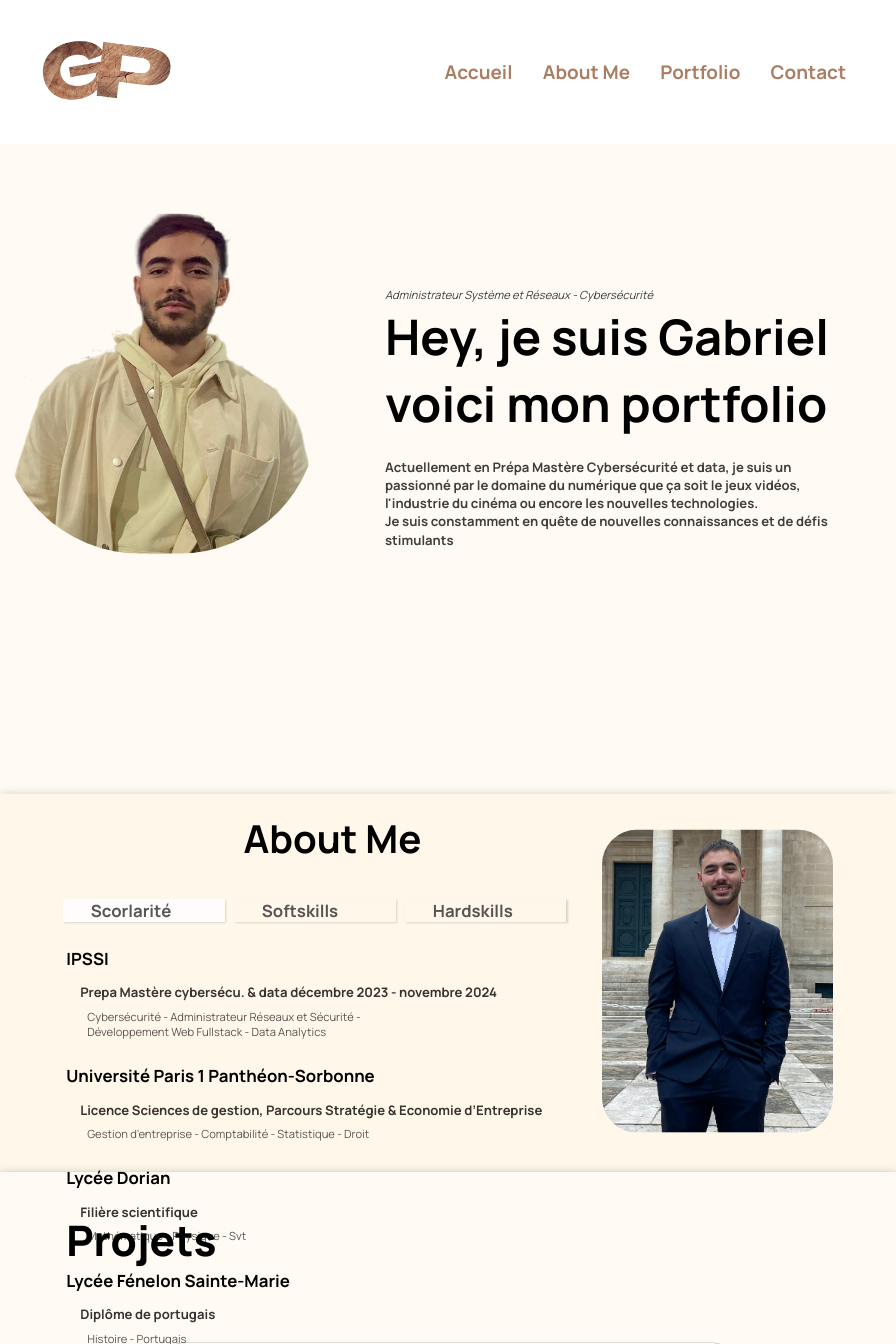
Repository: Gabtorinho25/Portfolio-Web-Site
Page: index.html
The author's editor kept a copy of each file at every save. The page is drawn from the files as they stood at one save, then again after the next save.
The browser window is 1280 px wide. The pictures show the part of the page from y = 0 to 1920 px (the page is 3726 px tall), at 70% of full size.
A picture or video elsewhere on the page could not be fetched, so the positions and the page height are approximate.

Above is the page before, as saved 2024-04-17 15:33:29.

After the next save:
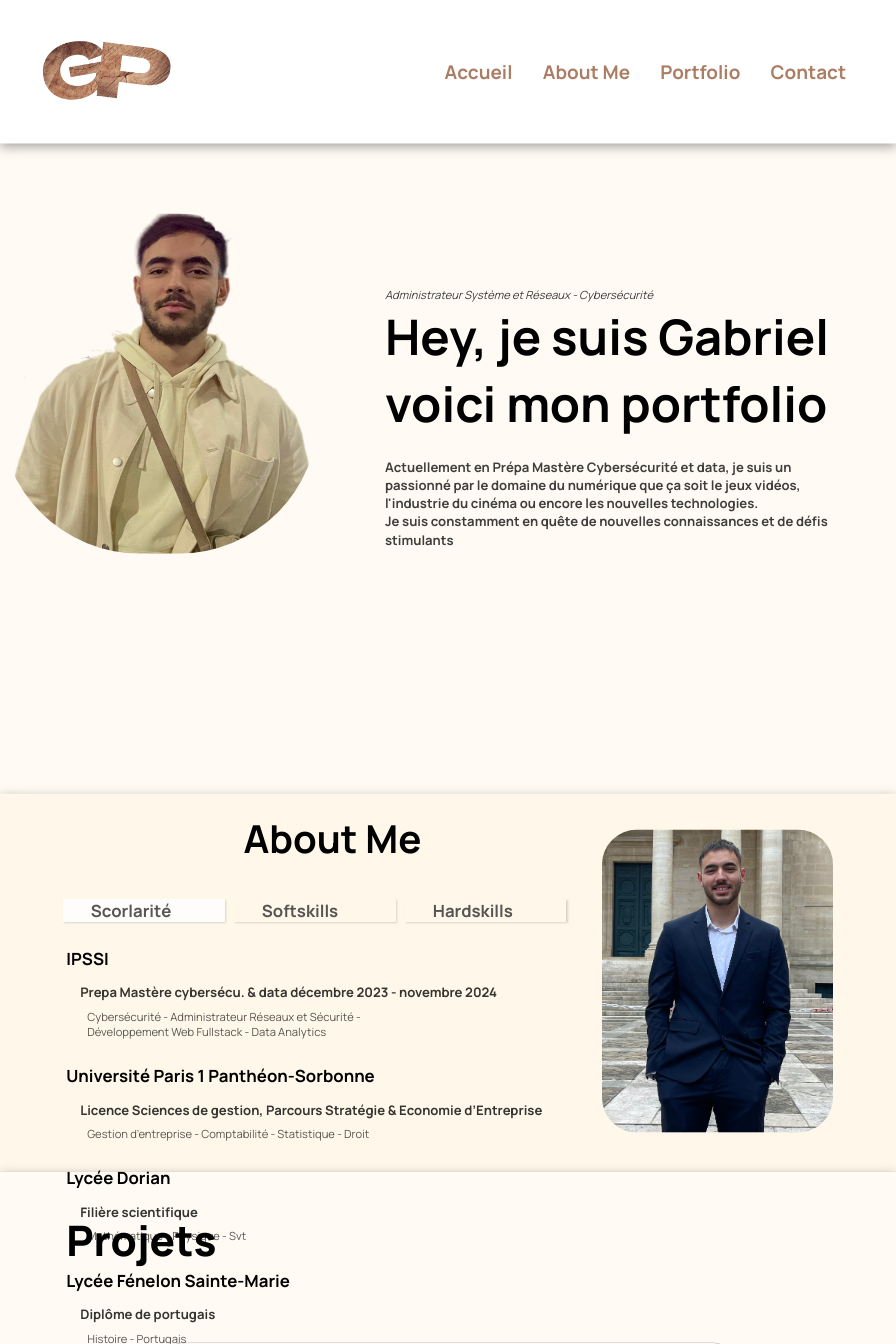
Saved 19 s later.
--- a/index.html
+++ b/index.html
@@ -20,7 +20,7 @@
   <body>
     <header>
       <div class=" relative" id="header">
-        <nav>
+        <nav class="shadow">
           <a href="http://127.0.0.1:5500/">
             <img class="logo" src="/Image/Logo.png" alt="logo"
           /></a>
